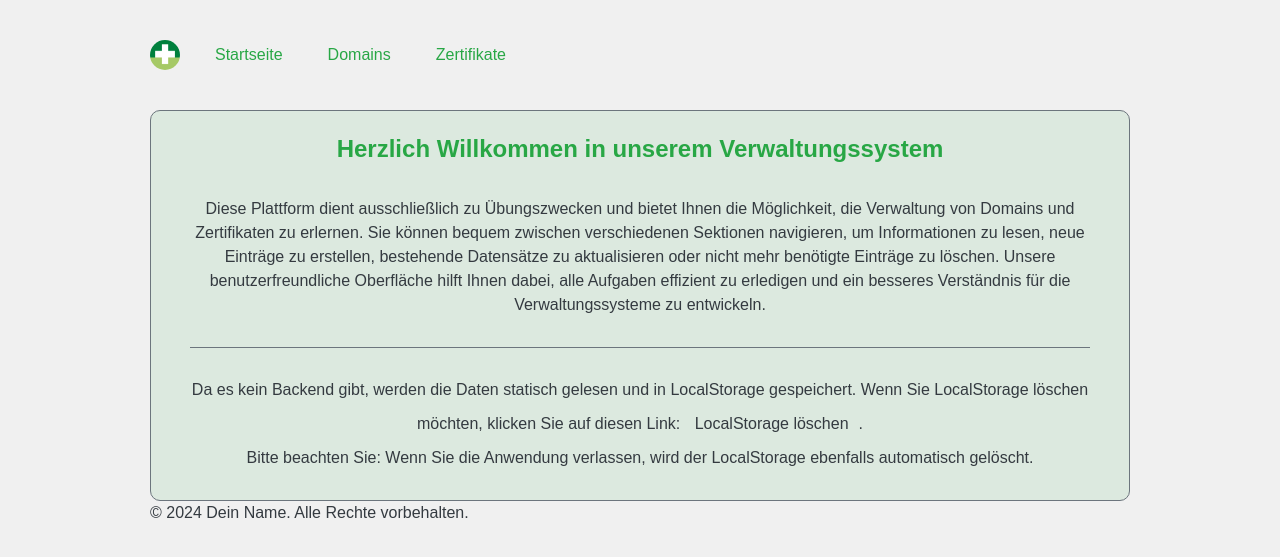
Repository: bajricadmir/verwaltungssystem-vanilla-html-css
Page: index.html
An editor plug-in stored every save of this project. The page is shown before and after the next save, followed by the edit.
The browser window is 1280 px wide. The pictures show the whole page.

Above is the page before, as saved 2024-10-14 11:55:53.

### index.html
<!DOCTYPE html>
<html lang="en">
  <head>
    <meta charset="UTF-8" />
    <meta name="viewport" content="width=device-width, initial-scale=1.0" />
    <link
      rel="shortcut icon"
      href="./assets/images/favicon.ico"
      type="image/x-icon"
    />
    <link rel="stylesheet" href="style.css" />
    <title>Verwaltungssystem</title>
  </head>
  <body>
    <header class="header">
      <nav class="navigation">
        <img src="./assets/images/favicon.ico" alt="Logo" class="logo" />

        <ul class="nav-list">
          <li class="nav-item">
            <a class="nav-link" href="#home">Startseite</a>
          </li>
          <li class="nav-item">
            <a class="nav-link" href="#about">Domains</a>
          </li>
          <li class="nav-item">
            <a class="nav-link" href="#contact">Zertifikate</a>
          </li>
        </ul>
      </nav>
    </header>

    <main class="main-content">
      <section class="content-section">
        <h1 class="alert-heading">
          Herzlich Willkommen in unserem Verwaltungssystem
        </h1>
        <p class="content-paragraph">
          Diese Plattform dient ausschließlich zu Übungszwecken und bietet Ihnen
          die Möglichkeit, die Verwaltung von Domains und Zertifikaten zu
          erlernen. Sie können bequem zwischen verschiedenen Sektionen
          navigieren, um Informationen zu lesen, neue Einträge zu erstellen,
          bestehende Datensätze zu aktualisieren oder nicht mehr benötigte
          Einträge zu löschen. Unsere benutzerfreundliche Oberfläche hilft Ihnen
          dabei, alle Aufgaben effizient zu erledigen und ein besseres
          Verständnis für die Verwaltungssysteme zu entwickeln.
        </p>
      </section>

      <div class="divider"></div>

      <section class="content-section">
        <p class="content-paragraph">
          Da es kein Backend gibt, werden die Daten statisch gelesen und in
          LocalStorage gespeichert. Wenn Sie LocalStorage löschen möchten,
          klicken Sie auf diesen Link:
          <button type="button" class="btn">LocalStorage löschen</button>.<br />
          Bitte beachten Sie: Wenn Sie die Anwendung verlassen, wird der
          LocalStorage ebenfalls automatisch gelöscht.
        </p>
      </section>
    </main>

    <footer>
      <p>&copy; 2024 Dein Name. Alle Rechte vorbehalten.</p>
    </footer>
  </body>
</html>

### style.css
:root {
  --primary-color: #007bff;
  --secondary-color: #6c757d;
  --success-color: #28a745;
  --success-color-hover: #218838;
  --success-color-bgc: #d4edda;
  --danger-color: #dc3545;
  --warning-color: #ffc107;
  --info-color: #17a2b8;
  --light-color: #f8f9fa;
  --dark-color: #343a40;

  --font-size-base: 16px;
  --font-family-base: "Arial", sans-serif;
  --background-color: #f0f0f0;
}

* {
  margin: 0;
  padding: 0;
  box-sizing: border-box;
}

html,
body {
  height: 100%;
  font-family: var(--font-family-base);
  line-height: 1.5;
}

body {
  padding: 40px 150px;
  background-color: var(--background-color);
  color: var(--dark-color);
}

ul {
  list-style: none;
}

a {
  text-decoration: none;
  color: inherit;
}

button {
  background: none;
  border: none;
  padding: 0;
  font: inherit;
  color: inherit;
  text-align: inherit;
  cursor: pointer;
  outline: none;
  transition: background-color 0.3s, color 0.3s;
}

table {
  border-collapse: collapse;
  width: 100%;
}

.navigation {
  display: flex;
  align-items: center;
}

.logo {
  width: 30px;
  height: 30px;
  border-radius: 50%;
  margin-right: 20px;
}

.nav-list {
  display: flex;
  align-items: center;
}

.nav-item {
  margin-right: 15px;
}

.nav-item:last-child {
  margin-right: 0;
}

.nav-item a {
  color: var(--success-color);
  transition: color 0.3s ease;
  padding: 10px 15px;
  border-radius: 5px;
}

.nav-item a:hover {
  color: var(--success-color-hover);
  background-color: rgba(40, 167, 69, 0.1);
}

.main-content {
  display: flex;
  flex-direction: column;
  align-items: center;
  margin-top: 40px;
  background-color: rgba(40, 167, 69, 0.1);
  padding: 20px 15px;
  border: 0.1px solid var(--secondary-color);
  border-radius: 10px;
}

.content-section {
  text-align: center;
}

.alert-heading {
  color: var(--success-color);
  padding-bottom: 20px;
}

.content-paragraph {
  padding: 10px;
}

.divider {
  width: 95%;
  height: 1px;
  background-color: var(--secondary-color);
  margin: 20px 0;
}

.btn {
  padding: 10px;
}

/* Optionale Hover- und Fokuszustände */
button:hover {
  background-color: rgba(
    40,
    167,
    69,
    0.1
  ); /* Helle Hintergrundfarbe bei Hover */
}

After the next save:
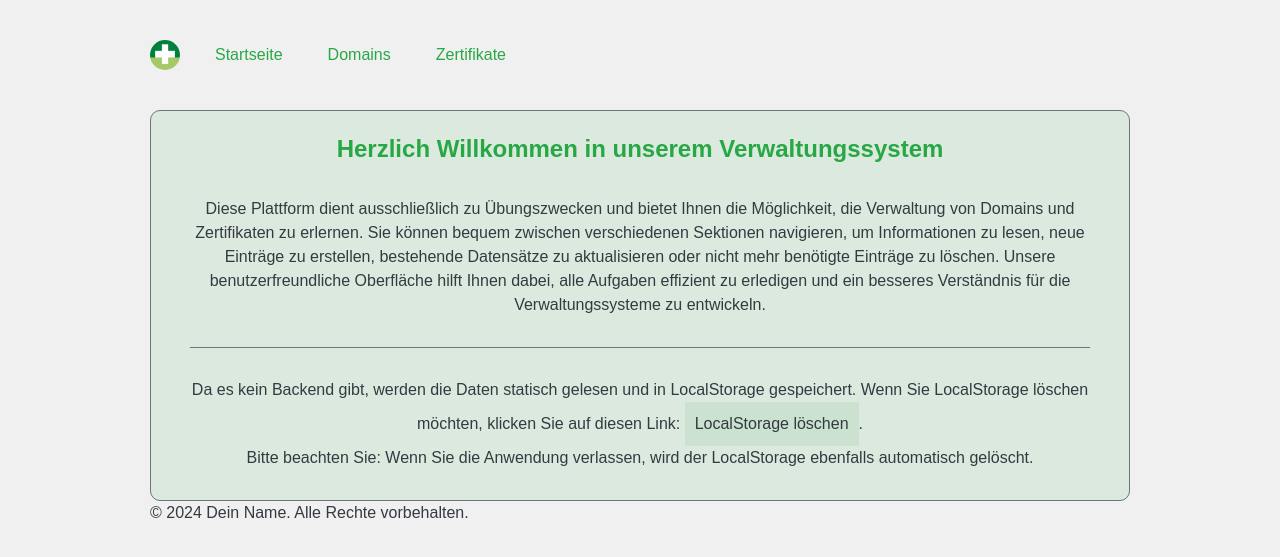
Saved 20 s later.
--- a/style.css
+++ b/style.css
@@ -130,14 +130,5 @@ table {
 
 .btn {
   padding: 10px;
+  background-color: rgba(40, 167, 69, 0.1);
 }
-
-/* Optionale Hover- und Fokuszustände */
-button:hover {
-  background-color: rgba(
-    40,
-    167,
-    69,
-    0.1
-  ); /* Helle Hintergrundfarbe bei Hover */
-}
